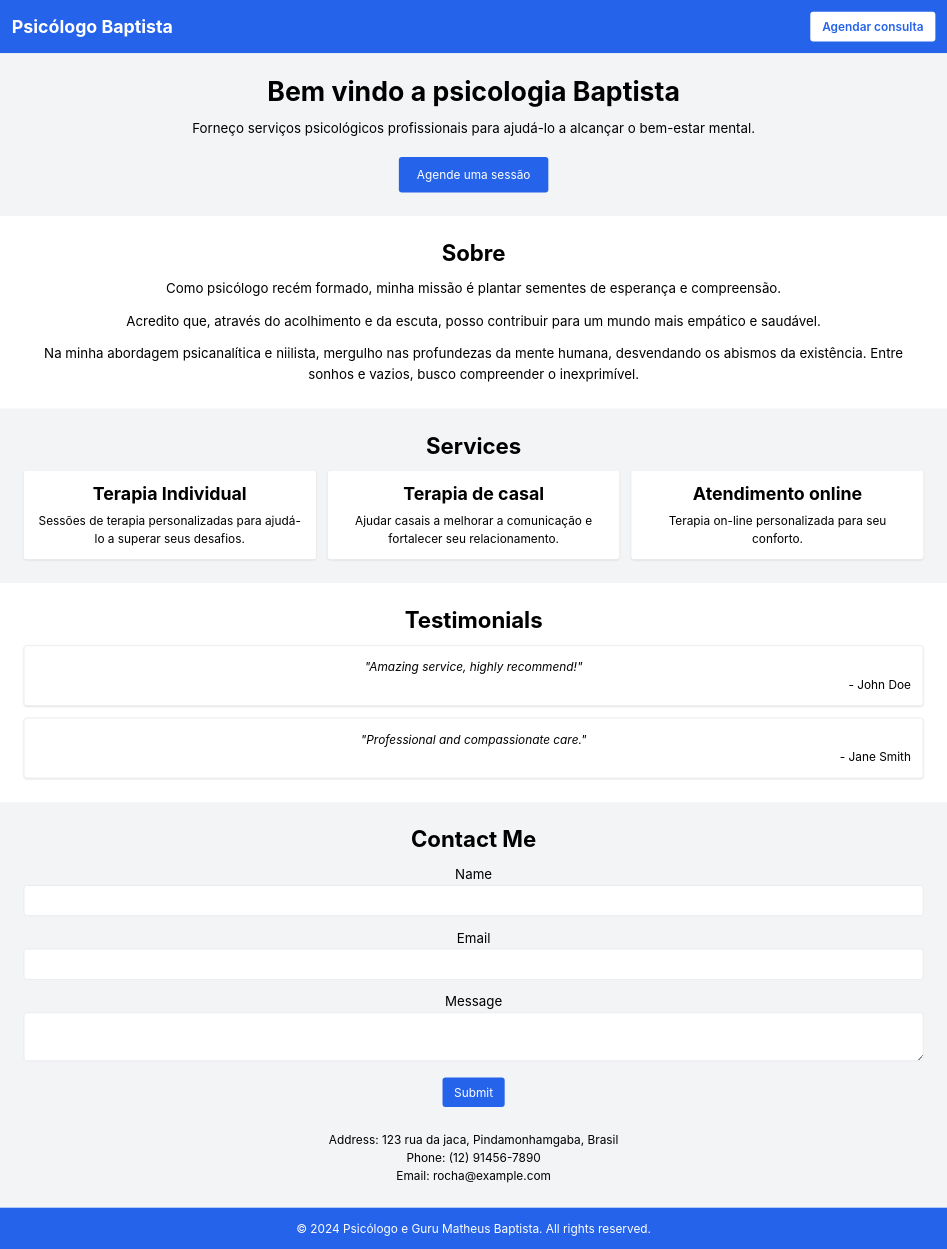
Repository: SrNascimento40/psychologist-portfolio
Page: /
An editor plug-in stored every save of this project. The page is shown before and after the next save, followed by the edit.
The browser window is 1280 px wide. The pictures show the whole page, at 74% of full size.
The project was rebuilt for these pictures with package versions that can differ from the ones it lists, and the page was loaded fresh each time. Also part of the build but not shown: vite.config.ts.

Above is the page before, as saved 2024-07-04 17:54:13.

After the next save:
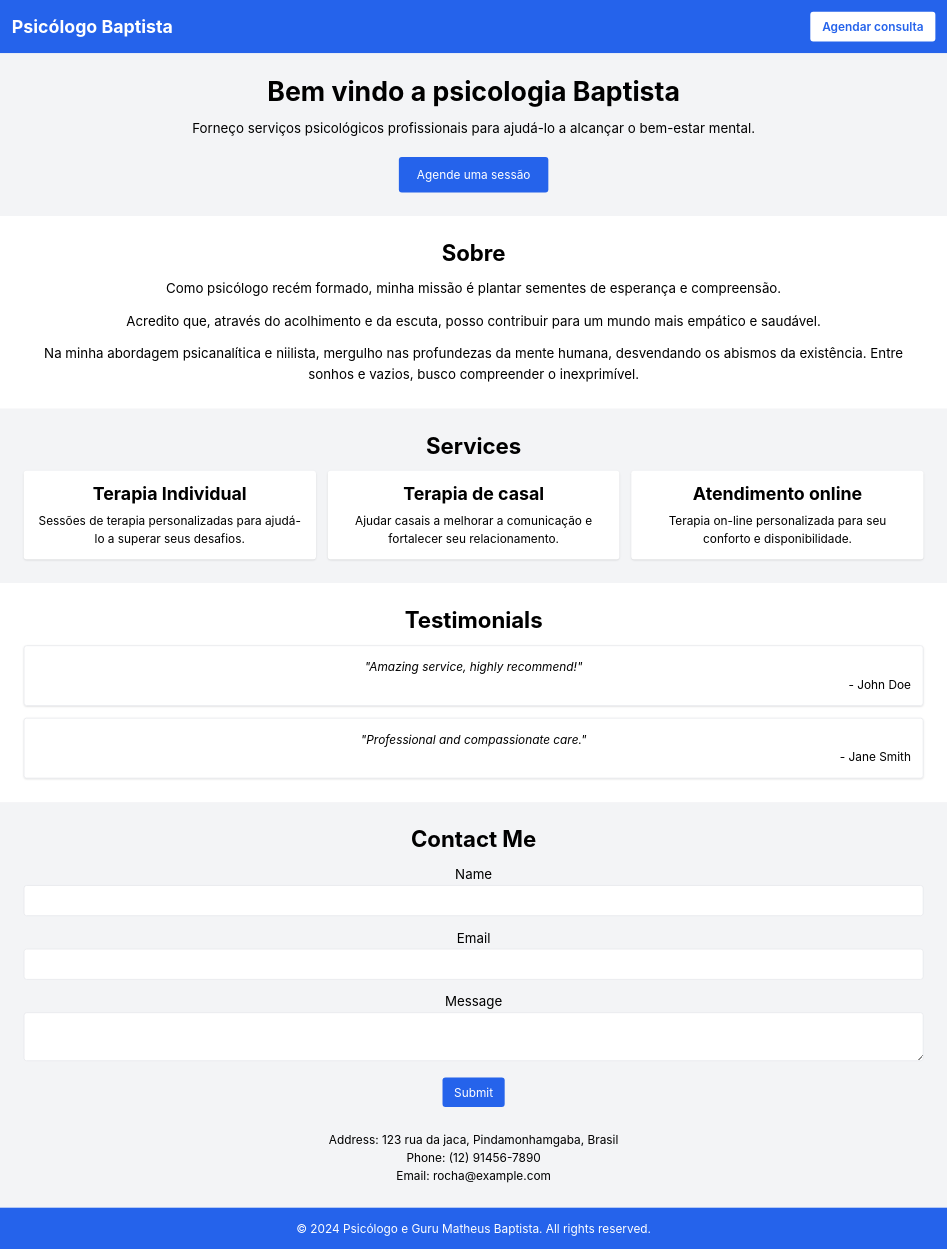
Saved 9 s later.
--- a/src/Services.tsx
+++ b/src/Services.tsx
@@ -4,7 +4,7 @@
   const services = [
     { title: 'Terapia Individual', description: 'Sessões de terapia personalizadas para ajudá-lo a superar seus desafios.' },
     { title: 'Terapia de casal', description: 'Ajudar casais a melhorar a comunicação e fortalecer seu relacionamento.' },
-    { title: 'Atendimento online', description: 'Terapia on-line personalizada para seu conforto.' },
+    { title: 'Atendimento online', description: 'Terapia on-line personalizada para seu conforto e disponibilidade.' },
   ];
 
   return (
